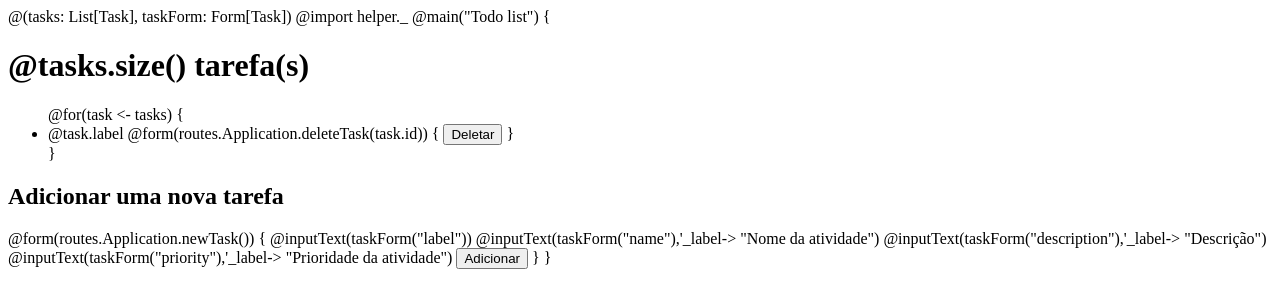
Repository: analuizamtg/si1
Page: lab2/todolist/.target/views/index.scala.html
The author's editor kept a copy of each file at every save. The page is drawn from the files as they stood at one save, then again after the next save.
The browser window is 1280 px wide. The pictures show the whole page.

Above is the page before, as saved 2013-11-25 16:47:31.

### lab2/todolist/.target/views/index.scala.html
@(tasks: List[Task], taskForm: Form[Task])

@import helper._

@main("Todo list") {

    <h1>@tasks.size() tarefa(s)</h1>

    <ul>
        @for(task <- tasks) {
            <li>
                @task.label

                @form(routes.Application.deleteTask(task.id)) {
                    <input type="submit" value="Deletar">
                }
            </li>
        }
    </ul>

    <h2>Adicionar uma nova tarefa</h2>

    @form(routes.Application.newTask()) {

        @inputText(taskForm("label"))
        @inputText(taskForm("name"),'_label-> "Nome da atividade")
        @inputText(taskForm("description"),'_label-> "Descrição")
        @inputText(taskForm("priority"),'_label-> "Prioridade da atividade")

        <input type="submit" value="Adicionar">

    }

}

After the next save:
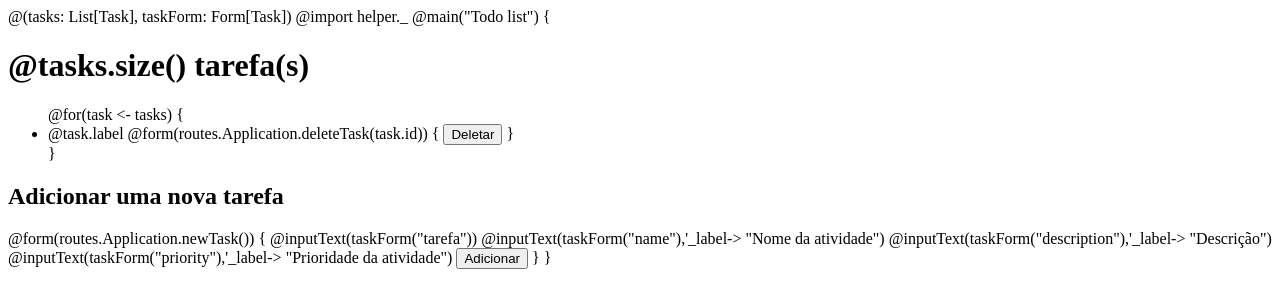
Saved 21 s later.
--- a/lab2/todolist/.target/views/index.scala.html
+++ b/lab2/todolist/.target/views/index.scala.html
@@ -22,7 +22,7 @@
 
     @form(routes.Application.newTask()) {
 
-        @inputText(taskForm("label"))
+        @inputText(taskForm("tarefa"))
         @inputText(taskForm("name"),'_label-> "Nome da atividade")
         @inputText(taskForm("description"),'_label-> "Descrição")
         @inputText(taskForm("priority"),'_label-> "Prioridade da atividade")
